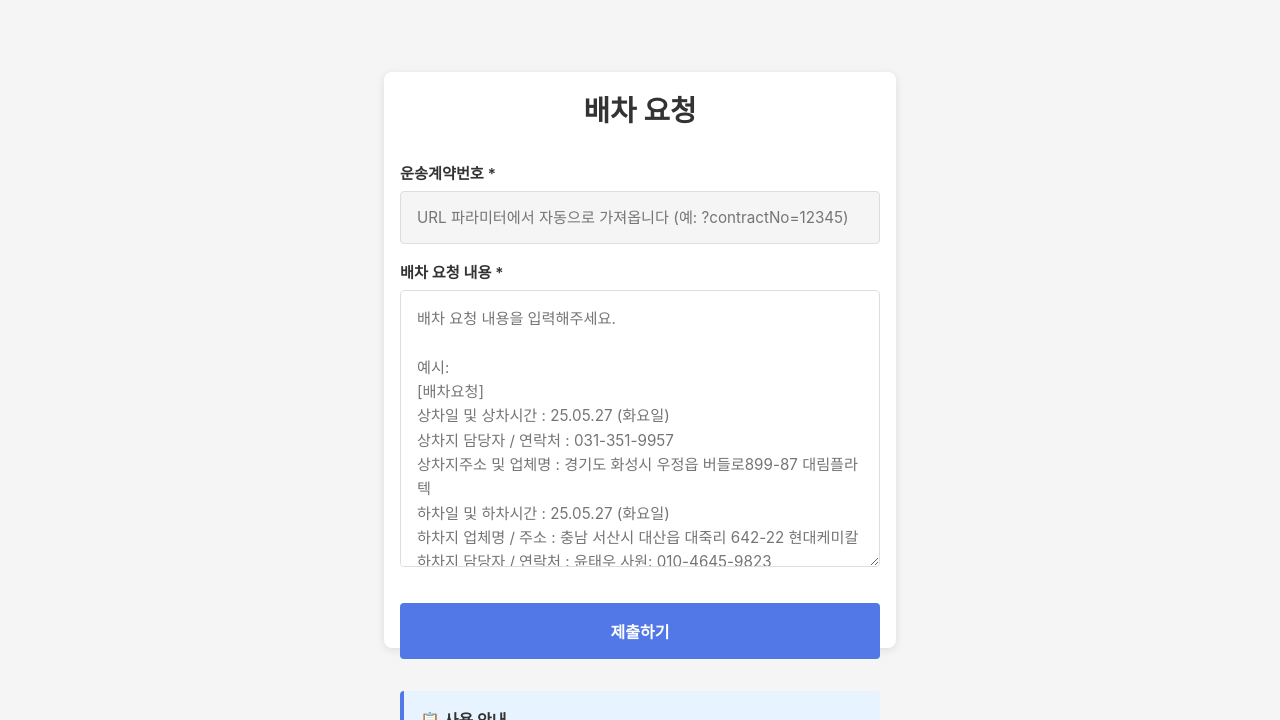
Repository: deul428/logis_transport
Page: / (app in frontend/)
The author's editor kept a copy of each file at every save. The page is drawn from the files as they stood at one save, then again after a run of saves.
The browser window is 1280 px wide. The pictures show the whole page.
The project was rebuilt for these pictures with package versions that can differ from the ones it lists, and the page was loaded fresh each time. Also part of the build but not shown: frontend/src/App.scss.

Above is the page before, as saved 2025-11-13 13:52:13.

### frontend/public/index.html
<!DOCTYPE html>
<html lang="en">
  <head>
    <meta charset="utf-8" />
    <link rel="icon" href="%PUBLIC_URL%/favicon.ico" />
    <meta name="viewport" content="width=device-width, initial-scale=1" />
    <meta name="theme-color" content="#000000" />
    <meta
      name="description"
      content="Web site created using create-react-app"
    />
    <link rel="apple-touch-icon" href="%PUBLIC_URL%/android-icon-192x192.png" />
    <!--
      manifest.json provides metadata used when your web app is installed on a
      user's mobile device or desktop. See https://developers.google.com/web/fundamentals/web-app-manifest/
    -->
    <link rel="manifest" href="%PUBLIC_URL%/manifest.json" />
    <!--
      Notice the use of %PUBLIC_URL% in the tags above.
      It will be replaced with the URL of the `public` folder during the build.
      Only files inside the `public` folder can be referenced from the HTML.

      Unlike "/favicon.ico" or "favicon.ico", "%PUBLIC_URL%/favicon.ico" will
      work correctly both with client-side routing and a non-root public URL.
      Learn how to configure a non-root public URL by running `npm run build`.
    -->
    <title>로지스 운송 오더</title>
  </head>
  <body>
    <div id="root"></div>
    <!--
      This HTML file is a template.
      If you open it directly in the browser, you will see an empty page.

      You can add webfonts, meta tags, or analytics to this file.
      The build step will place the bundled scripts into the <body> tag.

      To begin the development, run `npm start` or `yarn start`.
      To create a production bundle, use `npm run build` or `yarn build`.
    -->
  </body>
</html>

### frontend/src/App.js
import { useState, useEffect } from "react";
import "./App.scss";
import "./styles/transport.scss";

function App() {
  const [contractNo, setContractNo] = useState("");
  const [content, setContent] = useState("");
  const [isSubmitted, setIsSubmitted] = useState(false);

  useEffect(() => {
    // URL에서 계약 번호 파라미터 읽기
    const params = new URLSearchParams(window.location.search);
    const contractNoParam =
      params.get("contractNo") || params.get("contract") || "";

    if (contractNoParam) {
      setContractNo(contractNoParam);
    }
  }, []);

  // 구글 폼 제출
  const handleSubmit = async (e) => {
    e.preventDefault();

    if (!contractNo.trim()) {
      alert(
        "계약 번호가 없습니다. URL에 계약 번호를 포함해주세요. (예: ?contractNo=12345)"
      );
      return;
    }

    if (!content.trim()) {
      alert("배차 요청 내용을 입력해 주세요.");
      return;
    }

    try {
      // 제출 시간 생성 (한국 시간)
      const now = new Date();
      const koreaTimeOffset = 9 * 60; // 한국은 UTC+9
      const koreaTime = new Date(now.getTime() + koreaTimeOffset * 60 * 1000);
      const year = koreaTime.getFullYear();
      const month = String(koreaTime.getMonth() + 1).padStart(2, "0");
      const day = String(koreaTime.getDate()).padStart(2, "0");
      const hours = String(koreaTime.getHours()).padStart(2, "0");
      const minutes = String(koreaTime.getMinutes()).padStart(2, "0");
      const seconds = String(koreaTime.getSeconds()).padStart(2, "0");
      const submitTime = `${year}-${month}-${day} ${hours}:${minutes}:${seconds}`;

      const formData = new FormData();
      // 계약 번호 필드 (구글 폼의 entry ID로 변경 필요)
      formData.append("entry.1271596132", contractNo);
      // 배차 요청 내용 필드 (구글 폼의 entry ID로 변경 필요)
      formData.append("entry.1285765036", content);


      // 구글 폼 URL (실제 구글 폼 URL로 변경 필요)
      const googleFormUrl =
        "https://docs.google.com/forms/d/e/1FAIpQLSepUaIyU7xQX5y7V2-OXf7BZamqW1xnarS4jM8SswiHX2m2rA/formResponse";

      await fetch(googleFormUrl, {
        method: "POST",
        body: formData,
        mode: "no-cors",
      });

      setIsSubmitted(true);
    } catch (err) {
      alert("오류가 발생했습니다. 관리자에게 문의해 주세요.");
      console.error(err);
    }
  };

  const resetForm = () => {
    setContent("");
    setIsSubmitted(false);
  };

  return (
    <div id="transport">
      <div className="cntnt_box">
        <div className="transport_header">
          <h2>배차 요청</h2>
        </div>

        {/* 입력 폼 */}
        {!isSubmitted && (
          <div id="input_area">
            <form id="customForm" onSubmit={handleSubmit}>
              <div className="input_field">
                <label>운송계약번호 *</label>
                <input
                  type="text"
                  value={contractNo}
                  disabled
                  placeholder="URL 파라미터에서 자동으로 가져옵니다 (예: ?contractNo=12345)"
                  style={{
                    backgroundColor: "#f5f5f5",
                    cursor: "not-allowed",
                    color: "#666",
                  }}
                />
              </div>

              <div className="input_field">
                <label>배차 요청 내용 *</label>
                <textarea
                  name="content"
                  rows={10}
                  placeholder={`배차 요청 내용을 입력해주세요.

예시:
[배차요청]
상차일 및 상차시간 : 25.05.27 (화요일)
상차지 담당자 / 연락처 : 031-351-9957
상차지주소 및 업체명 : 경기도 화성시 우정읍 버들로899-87 대림플라텍
하차일 및 하차시간 : 25.05.27 (화요일)
하차지 업체명 / 주소 : 충남 서산시 대산읍 대죽리 642-22 현대케미칼
하차지 담당자 / 연락처 : 윤태우 사원: 010-4645-9823
요청톤수(차량길이 및 총 중량) : 11t(9.6m 이상 6대) / 중량 3.5t
수작업유무 Y/N : N
※요청차량대수 : 총 8대`}
                  value={content}
                  onChange={(e) => setContent(e.target.value)}
                />
              </div>

              <button type="submit">제출하기</button>
            </form>
          </div>
        )}

        {/* 결과 표시 영역 */}
        {isSubmitted && (
          <div id="result_area">
            <h2>접수가 완료되었습니다.</h2>
            <div id="submittedData" className="card">
              <div className="rows row_01">
                <h3>운송계약번호</h3>
                <p>{contractNo || "미입력"}</p>
              </div>
              <div className="rows row_02">
                <h3>배차 요청 내용</h3>
                <p style={{ whiteSpace: "pre-wrap", wordBreak: "break-word" }}>
                  {content}
                </p>
              </div>
            </div>
            <button id="newResponseLink" onClick={resetForm}>
              신규 접수하기
            </button>
          </div>
        )}

        {/* 안내 영역 */}
        {!isSubmitted && (
          <div id="desc_area">
            <div className="info_box">
              <h4>📋 사용 안내</h4>
              <p>
                1. URL에 계약 번호를 포함하여 접근하세요. (예:
                ?contractNo=12345)
                <br />
                2. 배차 요청 내용을 입력한 후 제출 버튼을 클릭하세요.
                <br />
                3. 제출 시간은 자동으로 기록됩니다.
              </p>
            </div>
          </div>
        )}
      </div>
    </div>
  );
}

export default App;

### frontend/src/styles/transport.scss
#transport {
  width: 100dvw;
  height: 100dvh;
  margin: 0 auto;
  min-height: 100vh;
  background-color: #f5f5f5;
  display: flex;
  justify-content: center;
  align-items: center;
  overflow: hidden;

  .cntnt_box {
    padding: 1rem;
    height: calc(80% - 2rem);
    width: calc(40% - 2rem);
    background-color: white;
    border-radius: 8px;
    box-shadow: 0 2px 8px rgba(0, 0, 0, 0.1);

    .transport_header {
      text-align: center;
      margin-bottom: 2rem;

      h2 {
        margin: 0 0 0.2rem;
        font-size: 1.8rem;
        color: #333;
      }
    }

    #input_area {
      margin-bottom: 1rem;
      width: 100%;

      form {
        margin: 0 auto;
        text-align: left;

        .input_field {
          margin-bottom: 1rem;

          label {
            display: block;
            margin-bottom: 8px;
            font-weight: 600;
            color: #333;
            font-size: 0.95rem;
          }

          input,
          textarea {
            font-family: inherit;
            width: 100%;
            padding: 1rem;
            border: 1px solid #ddd;
            border-radius: 0.25rem;
            font-size: 0.95rem;
            box-sizing: border-box;
            transition: border-color 0.3s;

            &:focus {
              outline: none;
              border-color: #5278e7;
            }

            &:disabled {
              background-color: #f5f5f5;
              cursor: not-allowed;
              color: #666;
            }
          }

          textarea {
            resize: vertical;
            line-height: 1.6;
          }
        }

        button[type="submit"] {
          width: 100%;
          padding: 1rem 0.5rem;
          background-color: #5278e7;
          color: white;
          border: none;
          border-radius: 0.25rem;
          font-size: 1rem;
          font-weight: 600;
          cursor: pointer;
          transition: background-color 0.3s;
          margin-top: 1rem;

          &:hover {
            background-color: #4268d6;
          }

          &:active {
            background-color: #3258c6;
          }
        }
      }
    }

    #result_area {
      margin: -1rem 0 0;
      width: 100%;
      text-align: center;

      h2 {
        margin: 0 0 1rem;
        font-size: 1.5rem;
        color: #333;
      }

      #submittedData {
        text-align: left;
        margin-bottom: 1rem;
        background-color: #f9f9f9;
        border-radius: 0.25rem;
        padding: 1rem;
        box-shadow: none;

        div.rows {
          width: 100%;
          margin-bottom: 1rem;

          &:last-child {
            margin-bottom: 0;
          }

          h3 {
            margin-top: 0;
            margin-bottom: 1rem;
            font-size: 1rem;
            color: #5278e7;
          }

          p {
            white-space: pre-wrap;
            word-break: break-word;
            overflow-wrap: break-word;
            margin: 0;
            color: #333;
            line-height: 1.6;
          }
        }
      }

      #newResponseLink {
        width: 100%;
        padding: 1rem;
        background-color: #6c757d;
        color: white;
        border: none;
        border-radius: 0.25rem;
        font-size: 0.95rem;
        font-weight: 600;
        cursor: pointer;
        transition: background-color 0.3s;
        margin-top: 1rem;

        &:hover {
          background-color: #5a6268;
        }
      }
    }

    #desc_area {
      width: 100%;
      margin-top: 2rem;

      .info_box {
        background-color: #e7f3ff;
        border-left: 0.25rem solid #5278e7;
        padding: 1rem;
        border-radius: 0.25rem;

        h4 {
          margin: 0 0 1rem;
          font-size: 1rem;
          color: #333;
        }

        p {
          margin: 0;
          font-size: 0.9rem;
          color: #555;
          line-height: 1.6;
        }
      }
    }
  }

  /* 반응형 */
  @media (max-width: 768px) {
    padding: 1rem;

    .cntnt_box {
      padding: 1rem;

      .transport_header h2 {
        font-size: 1.5rem;
      }

      #input_area form .input_field textarea {
        min-height: 250px;
      }
    }
  }
}

Loaded but not shown: frontend/src/index.js (common file); frontend/src/index.css (common file); frontend/src/reportWebVitals.js (common file)

After the next 3 saves:
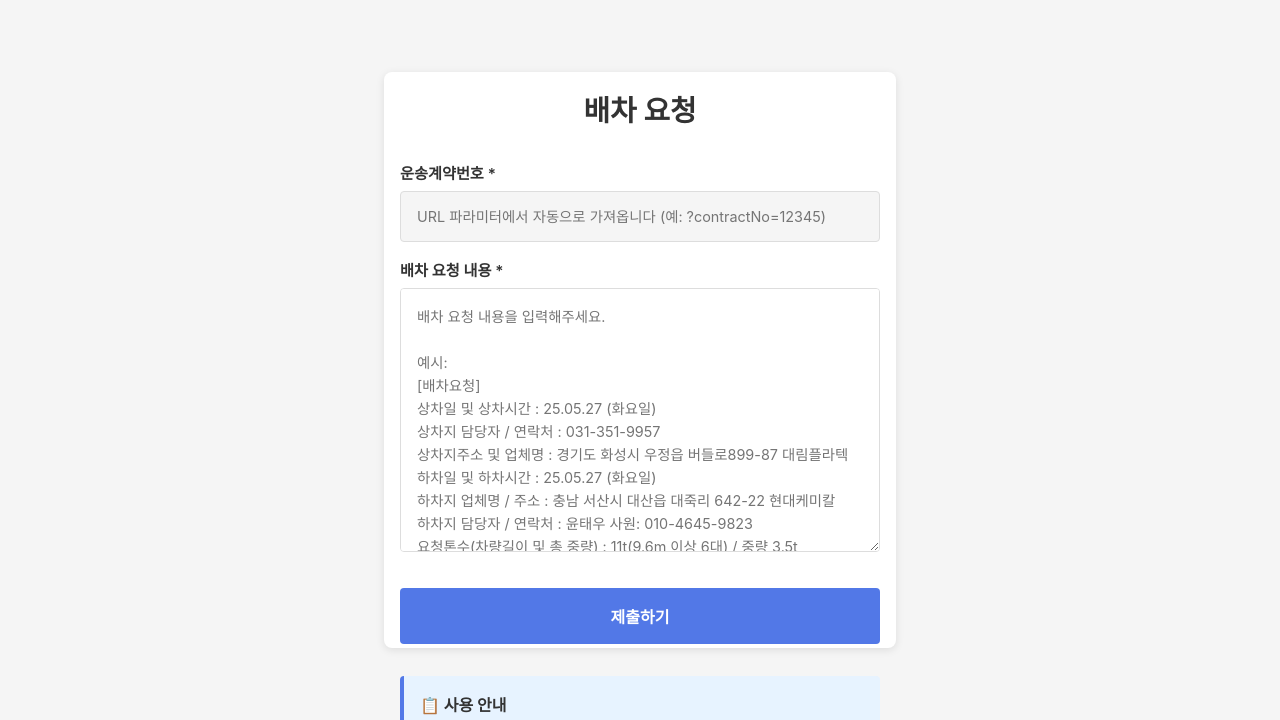
The 3 saves are shown as one change because they came seconds apart.
The last was saved 13 s later.
--- a/frontend/src/styles/transport.scss
+++ b/frontend/src/styles/transport.scss
@@ -49,12 +49,12 @@
 
           input,
           textarea {
+            font-size: 0.9rem;
             font-family: inherit;
             width: 100%;
             padding: 1rem;
             border: 1px solid #ddd;
             border-radius: 0.25rem;
-            font-size: 0.95rem;
             box-sizing: border-box;
             transition: border-color 0.3s;
 
